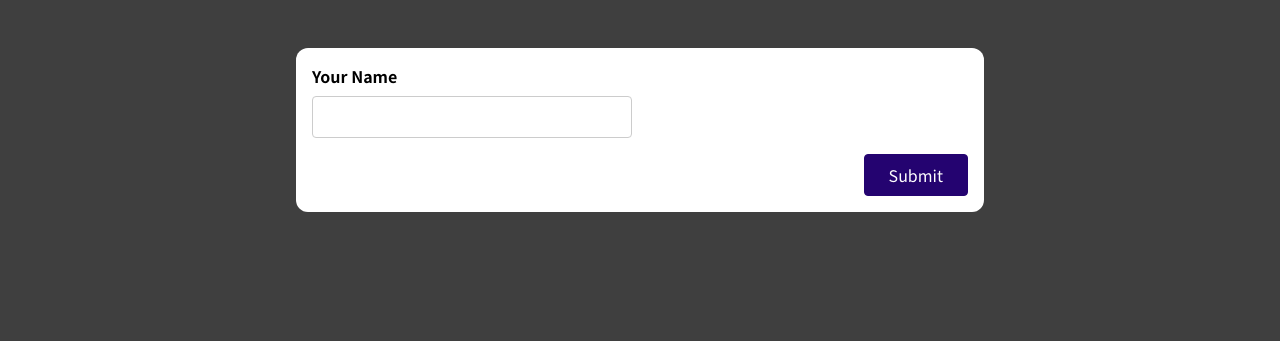
Repository: wenxi0504/08_Form-UserInput-React-
Page: /
These files come from the project's save history. The page is drawn as it stood at one moment and after the next save; the edit follows.
The browser window is 1280 px wide. The pictures show the whole page.
The project was rebuilt for these pictures with package versions that can differ from the ones it lists, and the page was loaded fresh each time.

Above is the page before, as saved 2022-07-14 00:35:49.

### src/index.css
@import url('https://fonts.googleapis.com/css2?family=Noto+Sans+JP:wght@400;700&display=swap');

* {
  box-sizing: border-box;
}

html {
  font-family: 'Noto Sans JP', sans-serif;
}

body {
  margin: 0;
  background-color: #3f3f3f;
}

.app {
  width: 90%;
  max-width: 43rem;
  padding: 1rem;
  border-radius: 12px;
  background-color: white;
  margin: 3rem auto;
}

.form-control {
  margin-bottom: 1rem;
}

.form-control input,
.form-control label {
  display: block;
}

.form-control label {
  font-weight: bold;
  margin-bottom: 0.5rem;
}

.form-control input,
.form-control select {
  font: inherit;
  padding: 0.5rem;
  border-radius: 4px;
  border: 1px solid #ccc;
  width: 20rem;
  max-width: 100%;
}

.form-control input:focus {
  outline: none;
  border-color: #240370;
  background-color: #e0d4fd;
}

.control-group {
  display: flex;
  column-gap: 1rem;
  flex-wrap: wrap;
}

.control-group .form-control {
  min-width: 15rem;
  flex: 1;
}

button {
  font: inherit;
  background-color: #240370;
  color: white;
  border: 1px solid #240370;
  padding: 0.5rem 1.5rem;
  border-radius: 4px;
  cursor: pointer;
}

button:hover,
button:active {
  background-color: #33059e;
  border-color: #33059e;
}

button:disabled,
button:disabled:hover,
button:disabled:active{
  background-color:#ccc;
  color:#292929;
  border-color:#ccc;
  cursor:not-allowed
}



.form-actions {
  text-align: right;
}

.form-actions button {
  margin-left: 1rem;
}

.invalid input {
  border: 1px solid #b40e0e;
  background-color: #fddddd;
}

.invalid input:focus {
  border-color: #ff8800;
  background-color: #fbe8d2;
}

.error-text {
  color: #b40e0e;
}

### src/components/SimpleInput.js
import { useEffect, useRef, useState } from "react";

const SimpleInput = (props) => {
  //method 2 use ref
  const nameInputRef = useRef();

  // method 1 use State,only needs the value once
  const [enteredName, setEnteredName] = useState("");
  // const [enteredNameIsValid, setEnteredNameIsValid] = useState(false);
  const [enteredNameTouched, setEnteredNameTouched] = useState(false);
  // const [formIsValid, setFormIsValid] = useState(false);

  const enteredNameIsValid = enteredName.trim() !== " ";
  const nameInputIsInvalid = !enteredNameIsValid && enteredNameTouched;

  //method2: check form valid
  let formIsValid = false;
  if (enteredNameIsValid) {
    formIsValid = true;
  }

  // method1: check form valid
  // useEffect(() => {
  //   if (enteredNameIsValid) {
  //     setFormIsValid(true);
  //   } else {
  //     setFormIsValid(false);
  //   }
  // }, [enteredNameIsValid]);

  // useEffect(() => {
  //   if (enteredNameIsValid) {
  //     console.log("Name Input is valid!");
  //   }
  // }, [enteredNameIsValid]);

  const nameInputChangeHandler = (event) => {
    setEnteredName(event.target.value);

    //simplify code
    // if (event.target.value.trim() !== "") {
    //   setEnteredNameIsValid(true);
    // }
  };

  const nameInputBlurHandler = (event) => {
    setEnteredNameTouched(true);

    //simplify code
    // if (enteredName.trim() === "") {
    //   setEnteredNameIsValid(false);
    // }
  };

  const formSubmissionHandler = (event) => {
    event.preventDefault();
    setEnteredNameTouched(true);

    // if (enteredName.trim() === "") {
    //   setEnteredNameIsValid(false);
    //   return;
    // }

    //Replace above to blow
    if (!enteredNameIsValid) {
      return;
    }

    // setEnteredNameIsValid(true);
    // console.log(enteredName);

    //method 2 continue
    // const enterValue = nameInputRef.current.value;
    // console.log(enterValue);

    //nameInputRef.current.value='';=> NOT IDEAL,dont manipulate the dom
    setEnteredName("");
    setEnteredNameTouched(false);
  };

  const nameInputClasses = nameInputIsInvalid
    ? "form-control invalid"
    : "form-control ";

  return (
    <form onSubmit={formSubmissionHandler}>
      <div className={nameInputClasses}>
        <label htmlFor="name">Your Name</label>
        <input
          ref={nameInputRef}
          type="text"
          id="name"
          onChange={nameInputChangeHandler}
          onBlur={nameInputBlurHandler}
          // two way bind
          value={enteredName}
        />
        {nameInputIsInvalid && (
          <p className="error-text">Name must not be empty.</p>
        )}
      </div>
      <div className="form-actions">
        <button disabled={!formIsValid}>Submit</button>
      </div>
    </form>
  );
};

export default SimpleInput;

Loaded but not shown: public/index.html (common file); src/index.js (common file); src/App.js (common file)

After the next save:
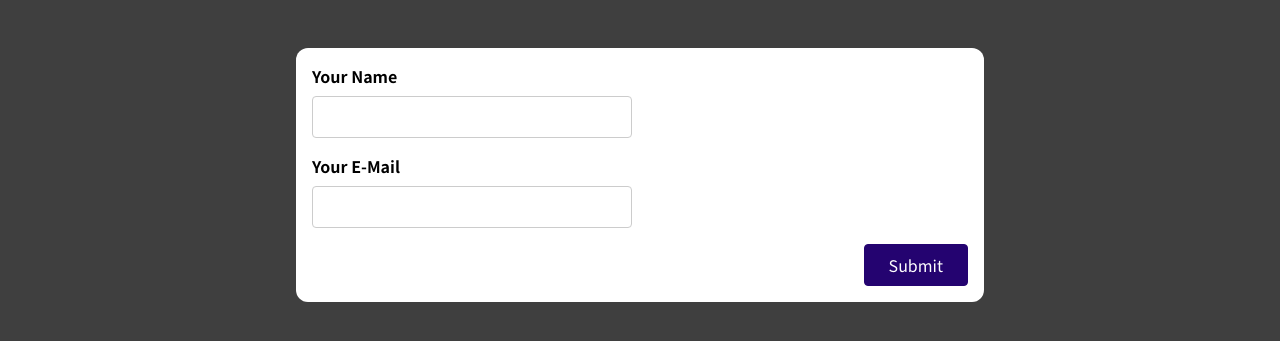
Saved 5 min 32 s later.
--- a/src/components/SimpleInput.js
+++ b/src/components/SimpleInput.js
@@ -99,6 +99,21 @@ const SimpleInput = (props) => {
           <p className="error-text">Name must not be empty.</p>
         )}
       </div>
+      <div className={nameInputClasses}>
+        <label htmlFor="email">Your E-Mail</label>
+        <input
+          ref={nameInputRef}
+          type="email"
+          id="email"
+          onChange={nameInputChangeHandler}
+          onBlur={nameInputBlurHandler}
+          // two way bind
+          value={enteredName}
+        />
+        {nameInputIsInvalid && (
+          <p className="error-text">Name must not be empty.</p>
+        )}
+      </div>
       <div className="form-actions">
         <button disabled={!formIsValid}>Submit</button>
       </div>
